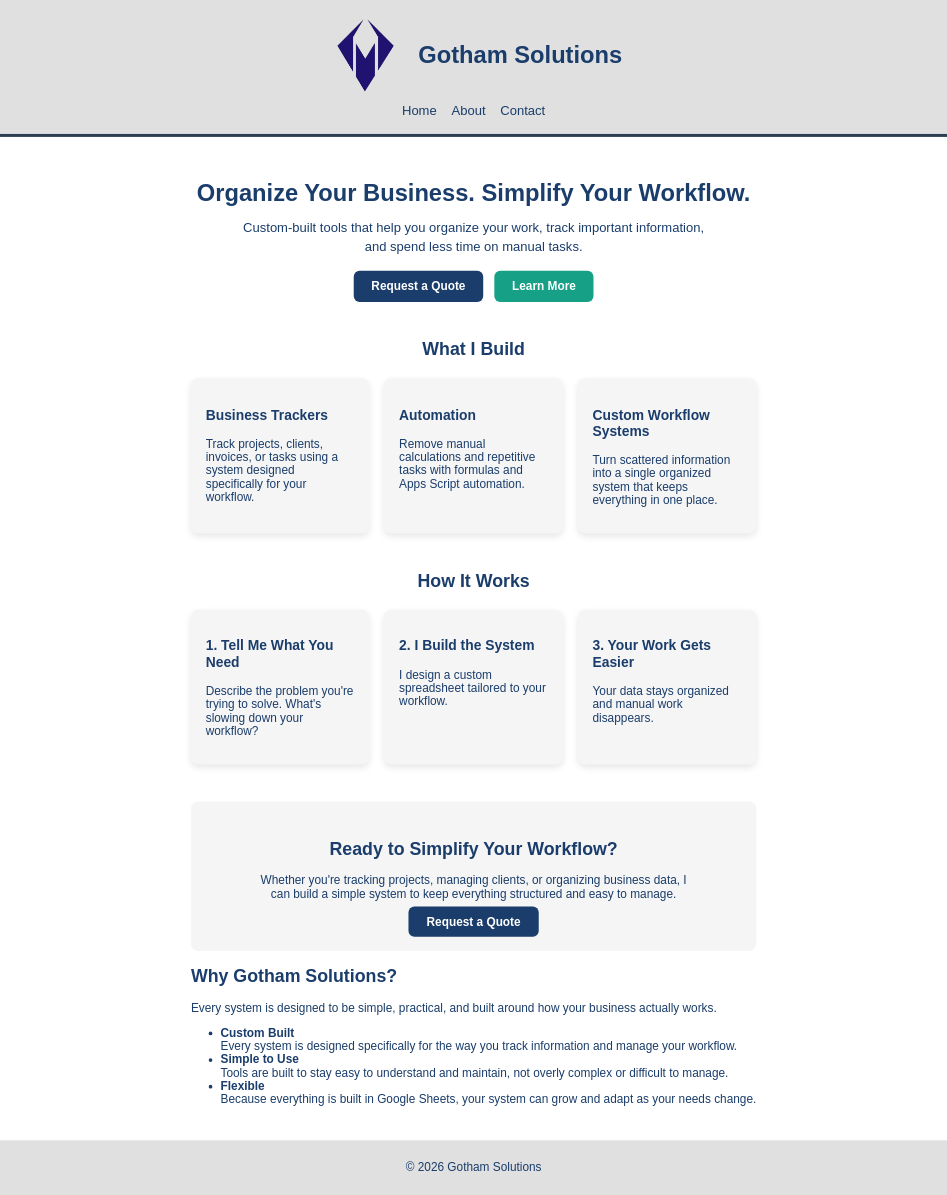
Repository: kmm569/gothamsolutions
Page: index.html
An editor plug-in stored every save of this project. The page is shown before and after the next save, followed by the edit.
The browser window is 1280 px wide. The pictures show the whole page, at 74% of full size.

Above is the page before, as saved 2026-03-06 11:12:06.

### index.html
<!DOCTYPE html>
<html lang="en">

<head>

<meta charset="UTF-8">
<meta name="viewport" content="width=device-width, initial-scale=1.0">

<title>Gotham Solutions</title>

<link rel="stylesheet" href="styles.css">

</head>

<body>

<header>

	<div class="logo-container">
		<img src="LogoSolo.png" alt="Gotham Solutions Logo" class="logo">
		<h1>Gotham Solutions</h1>
	</div>

	<nav>
		<ul>
			<li><a href="index.html" class="nav-link">Home</a></li>
			<li><a href="about.html" class="nav-link">About</a></li>
			<li><a href="contact.html" class="nav-link">Contact</a></li>
		</ul>
	</nav>

</header>

<main>

<section class="hero">

	<h2>Organize Your Business. Simplify Your Workflow.</h2>

	<p class="hero-text">
	Custom-built tools that help you organize your work, track important information, and spend less time on manual tasks.
	</p>

	<div class="hero-buttons">

		<a href="contact.html" class="button-primary">
			Request a Quote
		</a>

		<a href="about.html" class="button-secondary">
			Learn More
		</a>

	</div>

</section>


<section class="services">

	<h2>What I Build</h2>

	<div class="service-grid">

		<div class="service-card">
			<h3>Business Trackers</h3>
			<p>
			Track projects, clients, invoices, or tasks using a system designed specifically for your workflow.
			</p>
		</div>

		<div class="service-card">
			<h3>Automation</h3>
			<p>
			Remove manual calculations and repetitive tasks with formulas and Apps Script automation.
			</p>
		</div>

		<div class="service-card">
			<h3>Custom Workflow Systems</h3>
			<p>
			Turn scattered information into a single organized system that keeps everything in one place.
			</p>
		</div>

	</div>

</section>


<section class="process">

	<h2>How It Works</h2>

	<div class="process-grid">

		<div class="process-step">
			<h3>1. Tell Me What You Need</h3>
			<p>
			Describe the problem you're trying to solve. What's slowing down your workflow?
			</p>
		</div>

		<div class="process-step">
			<h3>2. I Build the System</h3>
			<p>
			I design a custom spreadsheet tailored to your workflow.
			</p>
		</div>

		<div class="process-step">
			<h3>3. Your Work Gets Easier</h3>
			<p>
			Your data stays organized and manual work disappears.
			</p>
		</div>

	</div>

</section>


<section class="cta">

	<h2>Ready to Simplify Your Workflow?</h2>

	<p>
	Whether you're tracking projects, managing clients, or organizing business data, I can build a simple system to keep everything structured and easy to manage.
	</p>

	<a href="contact.html" class="button-primary">
		Request a Quote
	</a>

</section>

<section>
		<h2>Why Gotham Solutions?</h2>

<p>
Every system is designed to be simple, practical, and built around how your business actually works.
</p>

<ul class="about-points">

<li>
<strong>Custom Built</strong><br>
Every system is designed specifically for the way you track information and manage your workflow.
</li>

<li>
<strong>Simple to Use</strong><br>
Tools are built to stay easy to understand and maintain, not overly complex or difficult to manage.
</li>

<li>
<strong>Flexible</strong><br>
Because everything is built in Google Sheets, your system can grow and adapt as your needs change.
</li>

</ul>
	</section>

</main>

<footer>
	<p>&copy; 2026 Gotham Solutions</p>
</footer>

</body>
</html>

### styles.css
body{
	background:#ffffff;
	color:#1A3D6B;
	font-family:Arial, sans-serif;
	margin:0;
	padding:0;
	display:flex;
	flex-direction:column;
	min-height:100vh;
}

header{
	background:#E0E0E0;
	padding:20px;
	border-bottom:4px solid #2C3E50;
	display:flex;
	flex-direction:column;
	align-items:center;
}

.logo-container{
	display:flex;
	align-items:center;
	gap:16px;
	margin-bottom:10px;
}

.logo{
	width:110px;
}

nav ul{
	list-style:none;
	display:flex;
	gap:20px;
	padding:0;
	margin:0;
}

.nav-link{
	text-decoration:none;
	color:#1A3D6B;
	font-size:1.1em;
}

.nav-link:hover{
	color:#16A085;
}

main{
	flex:1;
	padding:30px 20px;
	max-width:1100px;
	margin:auto;
}


/* HERO */

.hero{
	text-align:center;
	margin-bottom:50px;
}

.hero h2{
	font-size:2em;
	margin-bottom:15px;
}

.hero-text{
	max-width:650px;
	margin:auto;
	font-size:1.1em;
	line-height:1.5;
}

.hero-buttons{
	margin-top:20px;
	display:flex;
	gap:15px;
	justify-content:center;
	flex-wrap:wrap;
}


/* BUTTONS */

.button-primary{
	background:#1A3D6B;
	color:white;
	padding:12px 24px;
	border-radius:8px;
	text-decoration:none;
	font-weight:bold;
}

.button-secondary{
	background:#16A085;
	color:white;
	padding:12px 24px;
	border-radius:8px;
	text-decoration:none;
	font-weight:bold;
}


/* SERVICES */

.services{
	margin-bottom:50px;
}

.services h2{
	text-align:center;
	margin-bottom:25px;
}

.service-grid{
	display:grid;
	grid-template-columns:repeat(auto-fit,minmax(220px,1fr));
	gap:20px;
}

.service-card{
	background:#F5F5F5;
	padding:20px;
	border-radius:10px;
	box-shadow:0 4px 10px rgba(0,0,0,0.1);
}


/* PROCESS */

.process{
	margin-bottom:50px;
}

.process h2{
	text-align:center;
	margin-bottom:25px;
}

.process-grid{
	display:grid;
	grid-template-columns:repeat(auto-fit,minmax(220px,1fr));
	gap:20px;
}

.process-step{
	background:#F5F5F5;
	padding:20px;
	border-radius:10px;
	box-shadow:0 4px 10px rgba(0,0,0,0.1);
}


/* CTA */

.cta{
	text-align:center;
	background:#F5F5F5;
	padding:30px;
	border-radius:10px;
}

.cta p{
	max-width:600px;
	margin:10px auto 20px auto;
}


/* FORM */

.form-card{
	background:#F5F5F5;
	padding:30px;
	border-radius:10px;
	box-shadow:0 6px 14px rgba(0,0,0,0.15);
	max-width:600px;
	margin:auto;
}

form{
	display:flex;
	flex-direction:column;
	gap:12px;
}

input,
select,
textarea{
	padding:10px;
	border-radius:6px;
	border:1px solid #ccc;
	font-size:14px;
}

.submit-button{
	margin-top:10px;
	padding:12px;
	border:none;
	background:#1A3D6B;
	color:white;
	font-weight:bold;
	border-radius:8px;
	cursor:pointer;
}

.submit-button:hover{
	background:#163457;
}

footer{
	background:#E0E0E0;
	padding:12px;
	text-align:center;
}

Loaded but not shown: icons/target.svg (no stored copy; drawn as an empty file)

After the next save:
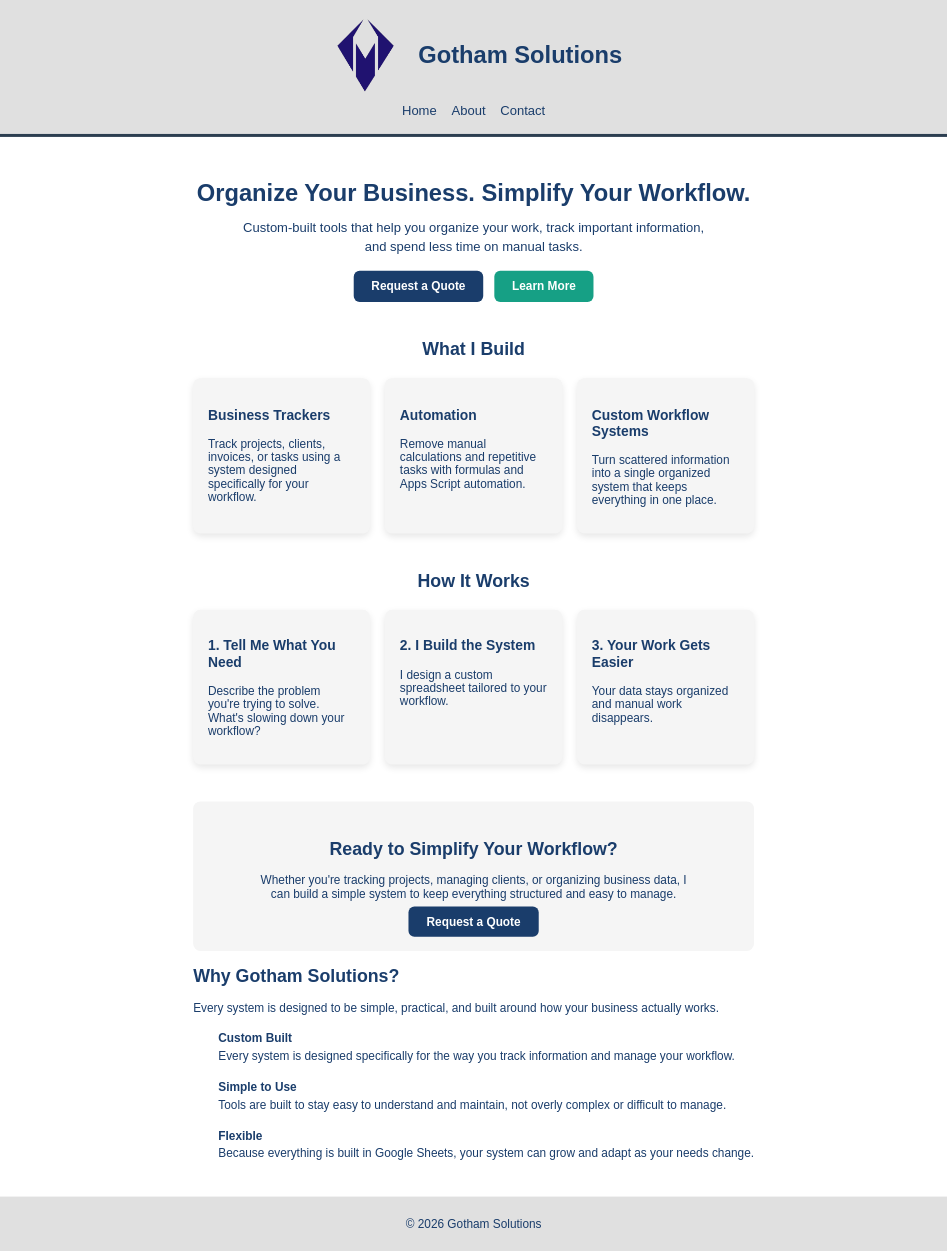
Saved 4 min 32 s later.
--- a/styles.css
+++ b/styles.css
@@ -215,3 +215,40 @@ footer{
 	padding:12px;
 	text-align:center;
 }
+
+/* WHY GOTHAM SOLUTIONS LIST */
+
+.about-points{
+	list-style:none;
+	padding:0;
+	margin-top:20px;
+
+	display:flex;
+	flex-direction:column;
+	gap:18px;
+}
+
+.about-points li{
+	position:relative;
+	padding-left:34px;
+	line-height:1.5;
+}
+
+.about-points li::before{
+	content:"";
+
+	position:absolute;
+	left:0;
+	top:3px;
+
+	width:16px;
+	height:16px;
+
+	background-color:#1A3D6B;
+
+	mask:url("/icons/target.svg") no-repeat center;
+	mask-size:contain;
+
+	-webkit-mask:url("/icons/target.svg") no-repeat center;
+	-webkit-mask-size:contain;
+}
